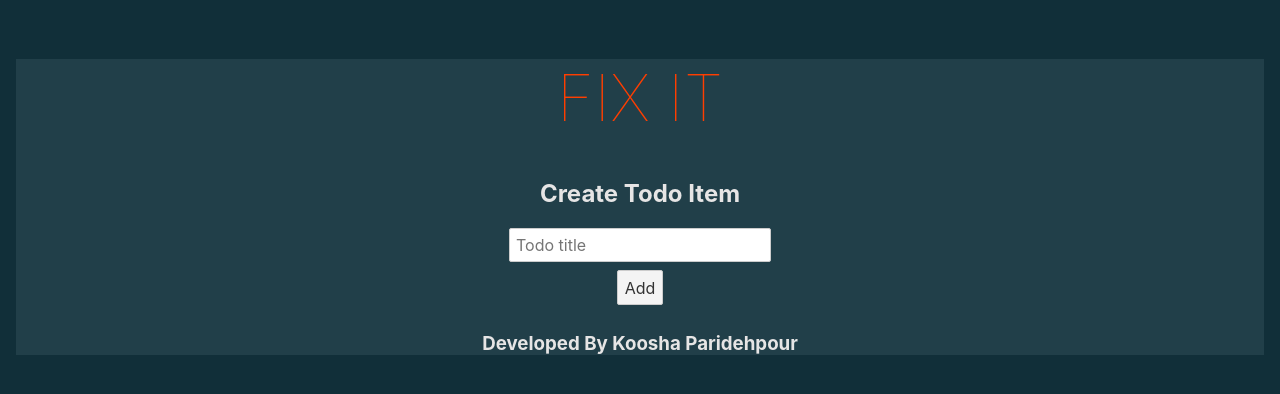
Repository: KooshaPari/fixit-go
Page: / (app in frontend/)
These files come from the project's save history. The page is drawn as it stood at one moment and after a run of saves; the edit follows.
The browser window is 1280 px wide. The pictures show the whole page.
The page's requests for data from a server got no answer. The project was rebuilt for these pictures with package versions that can differ from the ones it lists, and the page was loaded fresh each time. No one was signed in, and anything a server would have sent is missing.

Above is the page before, as saved 2024-09-23 23:49:43.

### frontend/public/index.html
<!DOCTYPE html>
<html lang="en">
	<head>
		<meta charset="utf-8" />
		<meta name="viewport" content="width=device-width,initial-scale=1" />

		<title>Svelte app</title>

		<link rel="icon" type="image/png" href="/favicon.png" />
		<link rel="stylesheet" href="/global.css" />
		<link rel="stylesheet" href="/build/bundle.css" />

		<script defer src="/build/bundle.js"></script>
	</head>

	<body></body>
</html>

### frontend/src/main.js
import App from "./App.svelte";

const app = new App({
	target: document.body,
	props: {
		name: "fixIt",
	},
});

### frontend/src/App.svelte
<script>
	export let name;
	import { onMount } from 'svelte';

	let todos = [];

onMount(async () => {
    try {
        const response = await fetch('http://localhost:8081/api/todos');
        if (!response.ok) {
            throw new Error(`HTTP error! status: ${response.status}`);
        }
		console.log("GRABBING TODOS");
        todos = await response.json();
        console.log("ID: " +todos[0].id);
    } catch (error) {
        console.error('Error fetching todos:', error);
    }
});

	async function editTodo() {
		/*TODO*/

	}
	async function createTodo(title, description, dueDate) {
		/**Generate ToDo Object, add to local array, then create fetch object to server to add to remote array*/


			const newTodo = {title, description, dueDate };
			try{
				const response = await fetch('http://localhost:8081/api/todos', {
					method: 'POST',
					headers: { 'Content-Type': 'application/json' },
					body: JSON.stringify(newTodo)
				});
				const createdTodo = await response.json();
				todos = [...todos, createdTodo];
			}
			catch (error){
				console.error('Error creating todo:', error);
			}}
	async function deleteTodo(id) {
		console.log("DELETING: " + id);
		if (id !== undefined) {
		todos = todos.filter(todo => todo.id !== id);
		const response = await fetch(`http://localhost:8081/api/todos/${id}`, {
					method: 'DELETE',
					headers: { 'Content-Type': 'application/json' },

				});

		} else {
			console.error('Cannot delete todo item: id is undefined');
			}
		}

</script>

<main>
<!---->


    <div id="header">
        <div id ="logoCont">
        <h1>Fix It</h1></div>


    <div id="body">
        <div id="content">
            <div id="fixItApp">
				<div id="popupCont">
					<h2>Create Todo Item</h2>
					<form>
						<input type="text" id="todo-title" placeholder="Todo title" />
					</form>
				</div>
                <div id="todoList">

					<button class="addBtn">Add</button>

                    <ul id="todos">

						{#each todos as todo}

						<li class="todoLstItm">

								<div class="todoLstItmContLeft">
									<button on:click={()=>deleteTodo(todo.id)} class="completeBtn todoBtn">Done</button>
								</div>
								<div class="todoLstItmConRight">
									<h3>{todo.title}</h3>
									<div style="display:flex; flex-direction:column; width: 30%">
									<p class="todotxt">{todo.description}</p>
									<!-- due Date below-->
									<p class="todotxt">{todo.dueDate}</p></div>
									<div class="todoLstItmConRightBtns">
										<button on:click={()=>editTodo(todo.id)} class="deleteBtn todoBtn" >Edit</button>
										<button on:click={()=>deleteTodo(todo.id)} class="editBtn todoBtn">X</button>
									</div>
								</div>
						</li>
						{/each}

                    </ul>
                </div>
            </div>
        </div>
    </div>
    <div id="footer">
        <h3>Developed By Koosha Paridehpour</h3>
    </div>

</main>

<style>
	main {
		text-align: center;
		padding: 1em;
		max-width: 240px;
		margin: 0 auto;
	}

	h1 {
		color: #ff3e00;
		text-transform: uppercase;
		font-size: 4em;
		font-weight: 100;
	}

	@media (min-width: 640px) {
		main {
			max-width: none;
		}
	}
	.todoLstItmContLeft{
		background-color: #314D59;
		width: 25%;
		border-radius:0.625em 0 0 0.625em;
		display: flex;
		align-items: center;
		justify-content: center;
	}
	.todoLstItmConRight{
		width: 75%;
		justify-content: center;
		align-items: center;
		overflow:hidden;
	}
	.todoLstItm{
		background-color: #415D69;
		margin: 0;
		border-radius: 0.625em;
		display: flex;
		flex-direction: row;


	}
	.todotxt{
		font-size: 0.5em;
		text-align: left;
	}
	.todoLstItmContLeft, .todoLstItmConRight{
		display: flex;
	}
	ul {
    list-style-type: none;
  }

	#header, #footer{
		background-color: #213f49;
		width: 100%;
		margin:0;
	}
	.todoBtn{
		background-color: #314D59;
		border-radius: 0.5em;
		color: #f6f5f5;
		width: 1.5em;
		height: 0.5em;
	}
	.completeBtn{
		width: 2.5em;
		height: 2.5em;
		border-radius:2.5em;
		background-color: #7eafb5;
		font-size: 100%;
	}



</style>

### frontend/public/global.css
html,
body {
	position: relative;
	width: 100%;
	height: 100%;
}

body {
	color: #e6e5e5;
	background-color: #112f39;
	margin: 0;
	padding: 0px;
	box-sizing: border-box;
	font-family: -apple-system, BlinkMacSystemFont, "Segoe UI", Roboto,
		Oxygen-Sans, Ubuntu, Cantarell, "Helvetica Neue", sans-serif;
}

a {
	color: rgb(0, 100, 200);
	text-decoration: none;
}

a:hover {
	text-decoration: underline;
}

a:visited {
	color: rgb(0, 80, 160);
}

label {
	display: block;
}

input,
button,
select,
textarea {
	font-family: inherit;
	font-size: inherit;
	-webkit-padding: 0.4em 0;
	padding: 0.4em;
	margin: 0 0 0.5em 0;
	box-sizing: border-box;
	border: 1px solid #ccc;
	border-radius: 2px;
}

input:disabled {
	color: #ccc;
}

button {
	color: #333;
	background-color: #f4f4f4;
	outline: none;
}

button:disabled {
	color: #999;
}

button:not(:disabled):active {
	background-color: #ddd;
}

button:focus {
	border-color: #666;
}

After the next 4 saves:
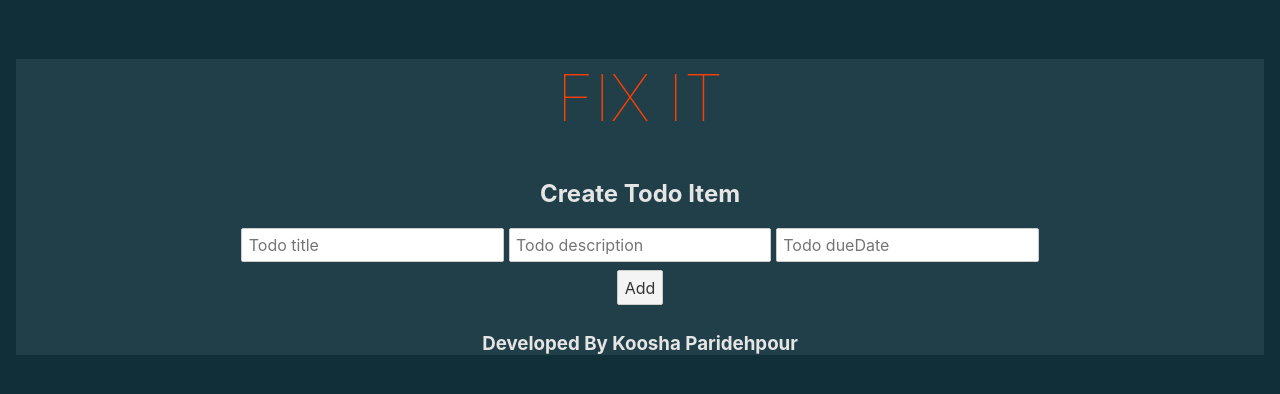
The 4 saves are shown as one change because they came seconds apart.
The last was saved 12 s later.
--- a/frontend/src/App.svelte
+++ b/frontend/src/App.svelte
@@ -72,6 +72,8 @@
 					<h2>Create Todo Item</h2>
 					<form>
 						<input type="text" id="todo-title" placeholder="Todo title" />
+						<input type="text" id="todo-description" placeholder="Todo description" />
+						<input type="text" id="todo-dueDate" placeholder="Todo dueDate" />
 					</form>
 				</div>
                 <div id="todoList">
